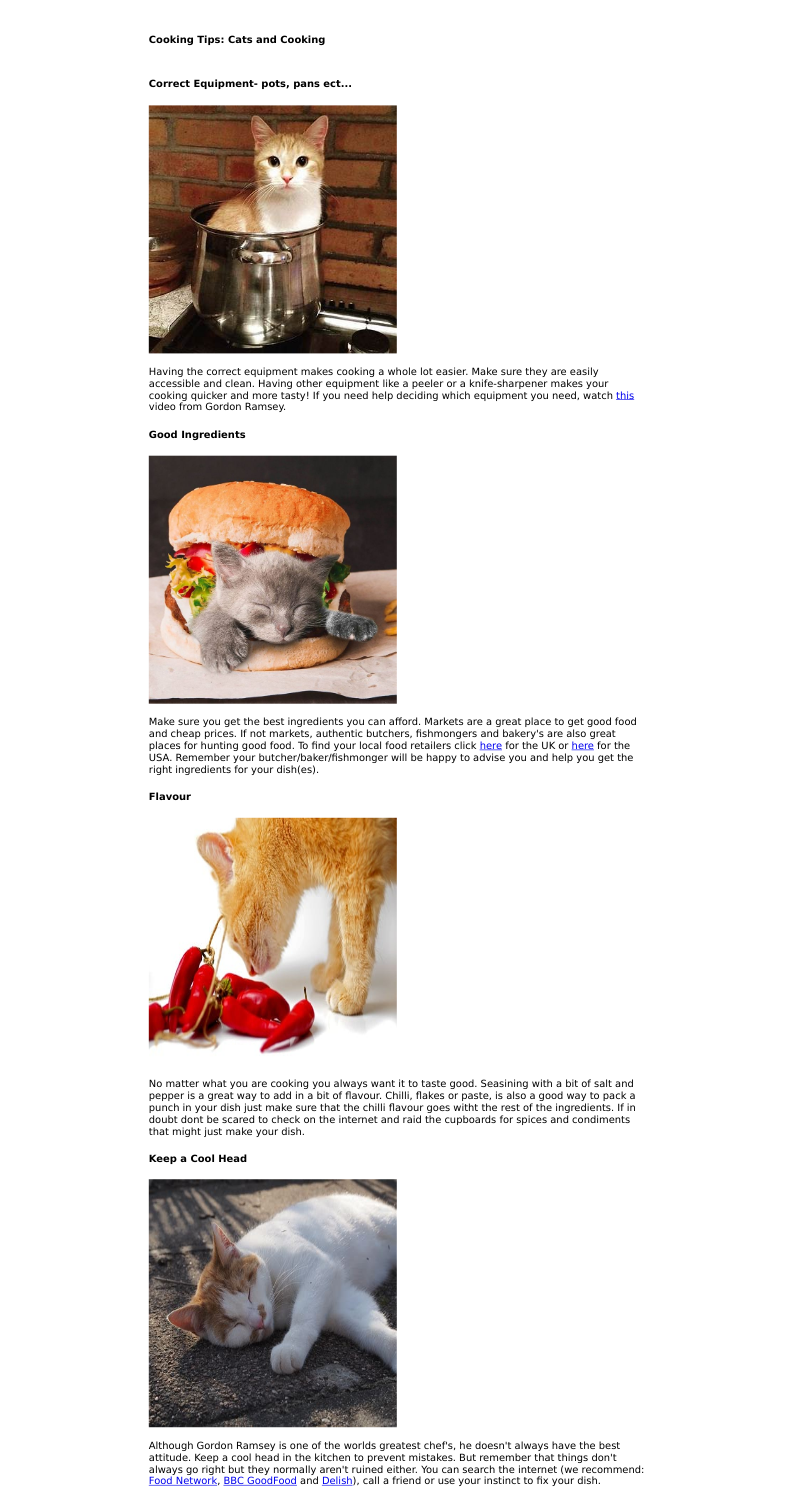
Repository: evamaltby/catsandcooking
Page: http://localhost/
The author's editor kept a record of every edit. The page is drawn from the files as they stood at one moment, then again after the next edit.
The browser window is 1280 px wide. The pictures show the whole page, at 62% of full size.
The page is run by PHP 8.4 with error messages shown; the project is at /var/www/html/. Other server files are loaded and not shown.

Above is the page before.
Not found: css/normalize.css

### index.html
<!DOCTYPE html>
<html lang="en">
<head>
    <meta charset="utf-B">
    <meta name="keywords" content="cooking tips, begginers cooking, kitchen tips, cats and cooking, cooking tips and tricks, cats">
    <meta name="description" content="Cooking tips to become a better cook. Tips to make your life in the kitchen a whole lot easier">

    <title>Cooking Tips: Cats and Cooking</title>


    <link rel="stylesheet" href="css/normalize.css">
    <link rel="stylesheet" href="css/style.css">

            <!--style

            body {
            background:lightgray;
            color: black;
            }


        <#/style> -->
    </head>

    <body>

    <div style="width:800px; margin:0 auto;">






            <h1><p style="font-family:verdana">Cooking Tips: Cats and Cooking </h1>
            <h2>        </h2>
            <h2><p style="font-family:verdana">Correct Equipment- pots, pans ect...</h2>
            <img src="Images/catpan.jpg" width="400" height="400" alt="A cat in a pan">
            <p><p style="font-family:verdana"> Having the correct equipment makes cooking a whole lot
            easier. Make sure they are easily accessible and clean.
            Having other equipment like a peeler or a knife-sharpener
            makes your cooking quicker and more tasty! If you need help deciding which
            equipment you need, watch <a href="https://www.youtube.com/watch?v=-av6cz9upO0" target="_blank">this</a> video from Gordon Ramsey.</p>

            <h2><p style="font-family:verdana">Good Ingredients</h2>
            <img src="Images/burgercat.jpg" width="400" height="400" alt="A cat with food">
            <p> <p style="font-family:verdana">Make sure you get the best ingredients you can afford.
            Markets are a great place to get good food and cheap prices.
            If not markets, authentic butchers, fishmongers and bakery's
            are also great places for hunting good food. To find your local food retailers click <a href="https://www.goodsixty.co.uk/" target="_blank">here</a> for the UK or <a href="https://www.eatwellguide.org/" target="_blank">here</a> for the USA. Remember your


            butcher/baker/fishmonger will be happy to advise you and help
            you get the right ingredients for your dish(es). </p>

            <h2><p style="font-family:verdana">Flavour</h2>
            <img src="Images/spicycat.jpg" width="400" height="400" alt="A cat sniffing chilli">
            <p><p style="font-family:verdana"> No matter what you are cooking you always
            want it to taste good. Seasining with a bit of salt
            and pepper is a great way to add in a bit of flavour.
            Chilli, flakes or paste, is also a good way to pack a
            punch in your dish just make sure that the chilli
            flavour goes witht the rest of the ingredients.
            If in doubt dont be scared to check on the internet
            and raid the cupboards for spices and condiments that
            might just make your dish. </p>

            <h2><p style="font-family:verdana">Keep a Cool Head</h2>
            <img src="Images/relaxcat.jpg" width="400" height="400" alt="Cat feeling relaxed">
            <p><p style="font-family:verdana"> Although Gordon Ramsey
            </a> is one of the worlds greatest
            chef's, he doesn't always have the best attitude. Keep a cool
            head in the kitchen to prevent mistakes. But remember
            that things don't always go right but they normally aren't
            ruined either. You can search the internet (we recommend: <a href="http://www.foodnetwork.co.uk/?utm_source=foodnetwork.com&utm_medium=domestic" target="_blank">Food Network</a>, <a href="https://www.bbcgoodfood.com/recipes" target="_blank">BBC GoodFood</a> and <a href="https://www.delish.com/" target="_blank">Delish</a>), call a friend or
            use your instinct to fix your dish.</p>

            </div>

        </body>
</html>

### css/style.css
body {
    background-position: center;
    background-attachment: fixed;
    -webkit-background-size:cover;
    -moz-background-size: cover;
    -o-background-size:cover;
    background-size:cover;
}

#container {
    background: lightgrey; }

    h1 {
        font-size:80px;
        font-family:verdana;

    }

    h2 {
        font-size:30px;
        font-family:verdana;
        background: white;
    }

    p {
        font-size:16px;
        font-family:verdana;
    }

After the next edit:
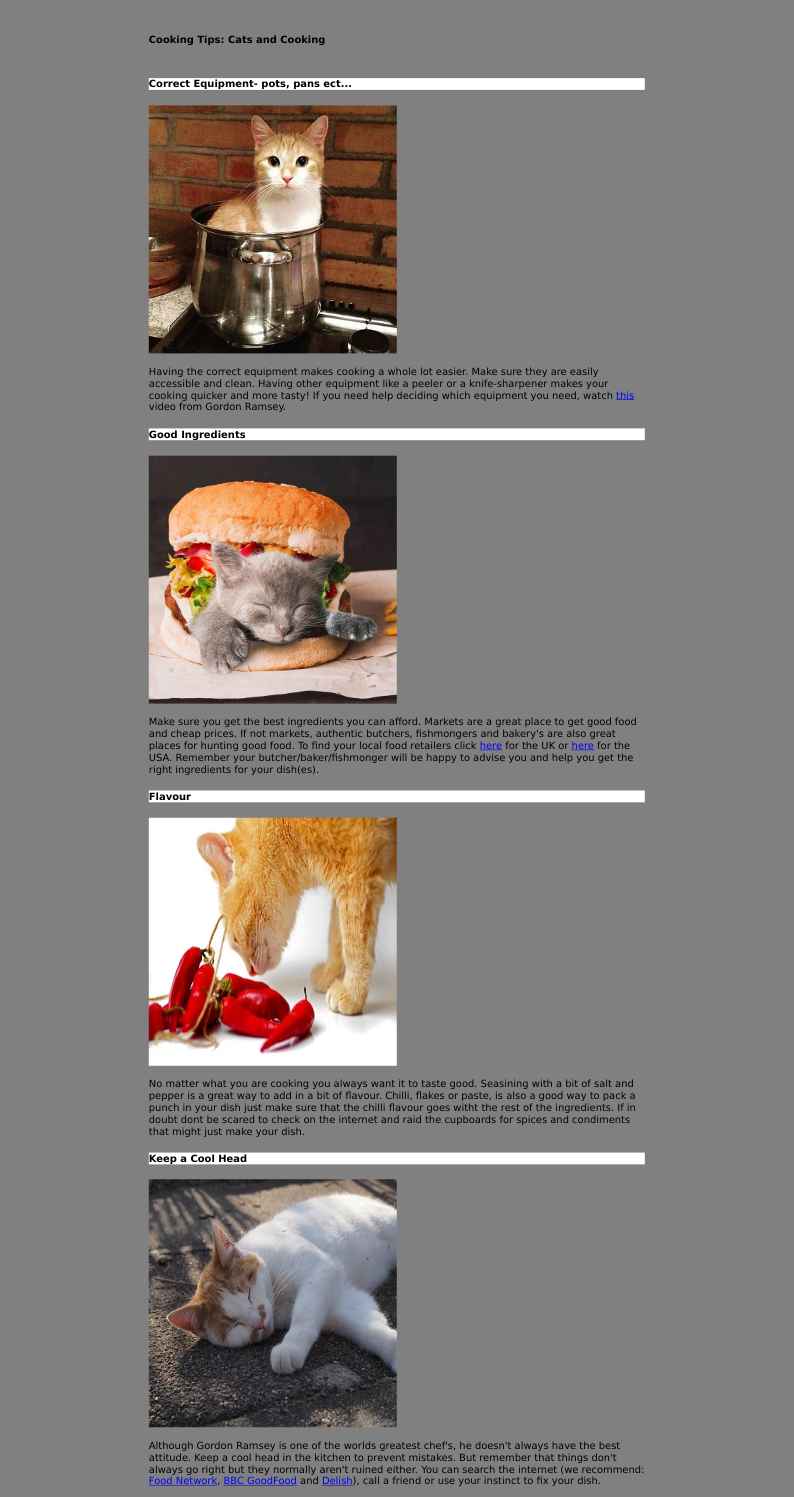
The edit:
--- a/css/style.css
+++ b/css/style.css
@@ -5,6 +5,7 @@
     -moz-background-size: cover;
     -o-background-size:cover;
     background-size:cover;
+    background: grey;
 }
 
 #container {
